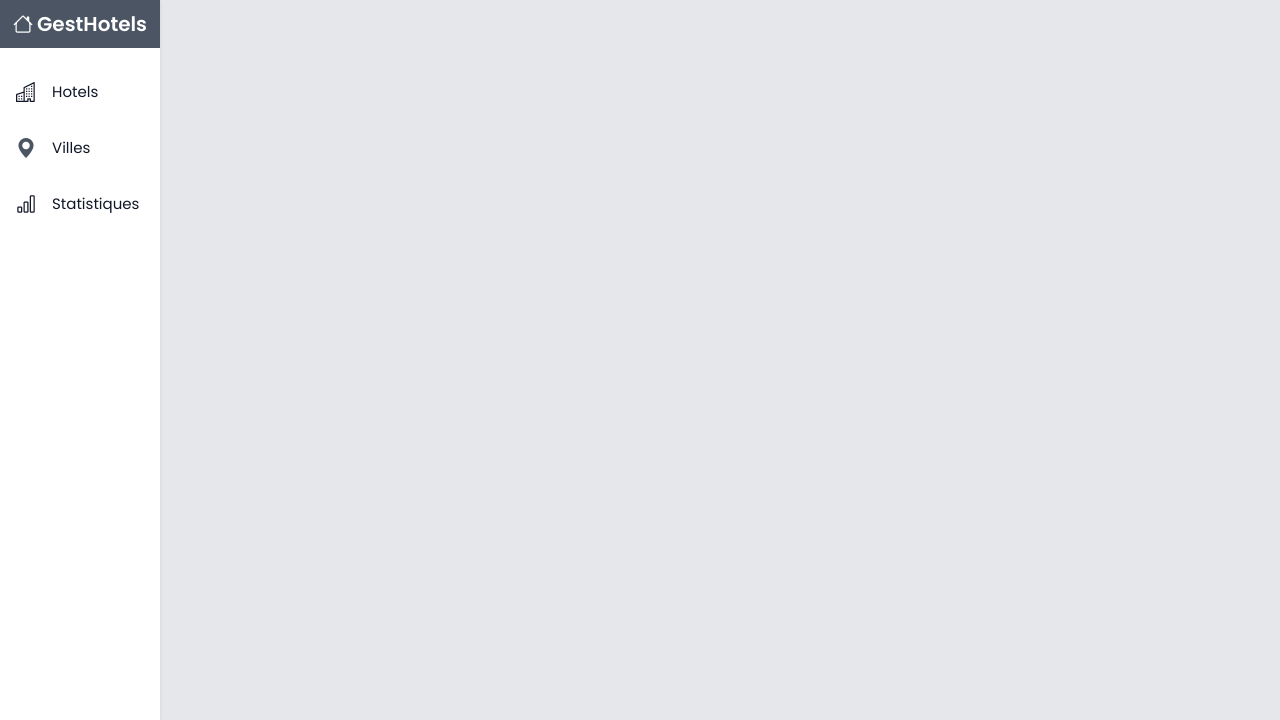
Repository: yahyamourid/GestHotelsEJB
Page: http://localhost/ISICEJBWeb/sidBar.jsp
These files come from the project's save history. The page is drawn as it stood at one moment and after the next save; the edit follows.
The browser window is 1280 px wide. The pictures show the whole page.
Some web libraries are served in a nearby version. The page is served by Tomcat 10. Nobody is signed in. The application's start-up code is not run.

Above is the page before, as saved 2023-12-01 16:04:06.
Console error: TypeError: Cannot read properties of null (reading 'classList')

After the next save:
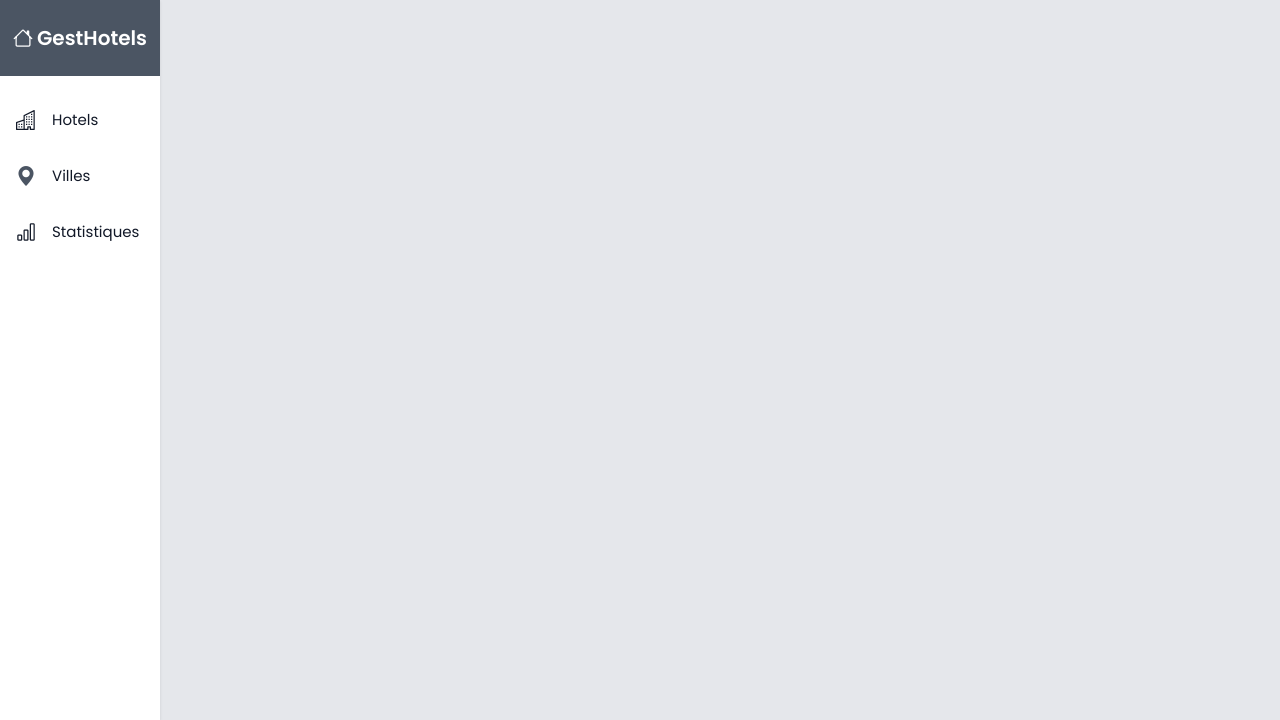
Saved 23 s later.
--- a/ISICEJBWeb/src/main/webapp/sidBar.jsp
+++ b/ISICEJBWeb/src/main/webapp/sidBar.jsp
@@ -38,7 +38,7 @@
 
 
             <div class=" text-xl">
-                <div class="p-2.5  flex justify-center items-center  mb-5 bg-gray-600 ">
+                <div class="py-6 px-2  flex justify-center items-center  mb-5 bg-gray-600 ">
                     <i class="bi bi-house text-white"></i>
                     <h1 class="ml-1 text-xl text-white font-semibold">GestHotels</h1>
                 </div>
